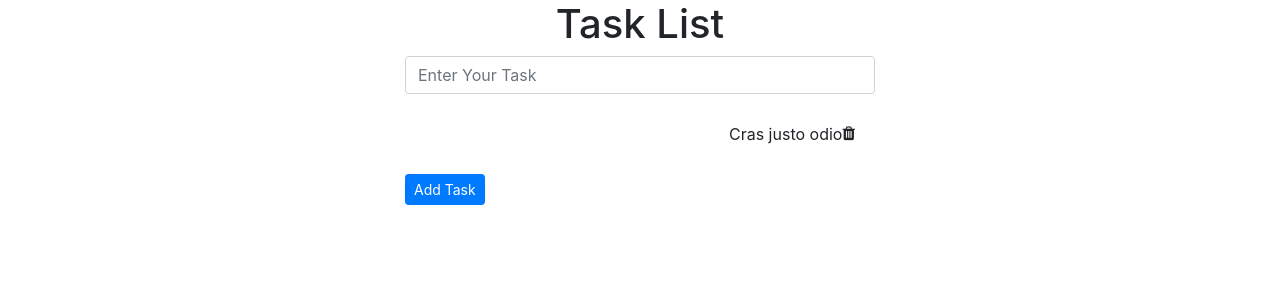
Repository: hoangphuong965/todolist
Page: index.html
These files come from the project's save history. The page is drawn as it stood at one moment and after a run of saves; the edit follows.
The browser window is 1280 px wide. The pictures show the whole page.

Above is the page before, as saved 2020-09-04 14:38:34.

### index.html
<!DOCTYPE html>
<html lang="en">

<head>
     <meta charset="UTF-8">
     <meta name="viewport" content="width=device-width, initial-scale=1.0">
     <title>Document</title>
     <link rel="stylesheet" href="https://stackpath.bootstrapcdn.com/bootstrap/4.3.1/css/bootstrap.min.css"
          integrity="sha384-ggOyR0iXCbMQv3Xipma34MD+dH/1fQ784/j6cY/iJTQUOhcWr7x9JvoRxT2MZw1T" crossorigin="anonymous">
     <link rel="stylesheet" href="https://maxcdn.bootstrapcdn.com/font-awesome/4.7.0/css/font-awesome.min.css">
     <link rel="stylesheet" href="style.css">
</head>

<body>
     <div class="container">
          <h1 class="text-center">Task List</h1>
          <form class="form">
               <div class="form-group ">
                    <input type="text" class="form-control" style="outline-color: black;" placeholder="Enter Your Task">
               </div>
               <div class="list">
                    <ol class="list-group list-group-flush">
                         <li class="list-group-item grid">
                              <p>Cras justo odio</p>
                              <i class="fa fa-trash trash" aria-hidden="true"></i>
                         </li>
                    </ol>
               </div>
               <button type="submit" class="btn btn-primary btn-sm">Add Task</button>
          </form>
     </div>
     <script src="app.js"></script>
</body>

</html>

### style.css
.container{
     width: 500px;
}
.grid {
  display: flex;
  justify-content: right;
}
i{
     margin-top: 3px;
     text-align: right;
}
.trash{
cursor: pointer;
}

### app.js
const input = document.querySelector("input");
let html = document.querySelector(".list");
const trash = document.querySelector("i");

const form = document.querySelector(".form");
form.addEventListener("submit", (e) => {
  e.preventDefault();
  add();
});

const add = () => {
  if (input.value === "") {
    alerts();
    return;
  } else {
    let ul = `
          <ol class="list-group list-group-flush ">
               <li class="list-group-item grid">
                    <p>${input.value}</p>
                    <i class="fa fa-trash" aria-hidden="true"></i>
               </li>
          </ol>
     `;
    input.value = "";
    html.innerHTML += ul;
  }
};

const alerts = () => {
  window.alert("điền vào ô trống");
};

After the next 2 saves:
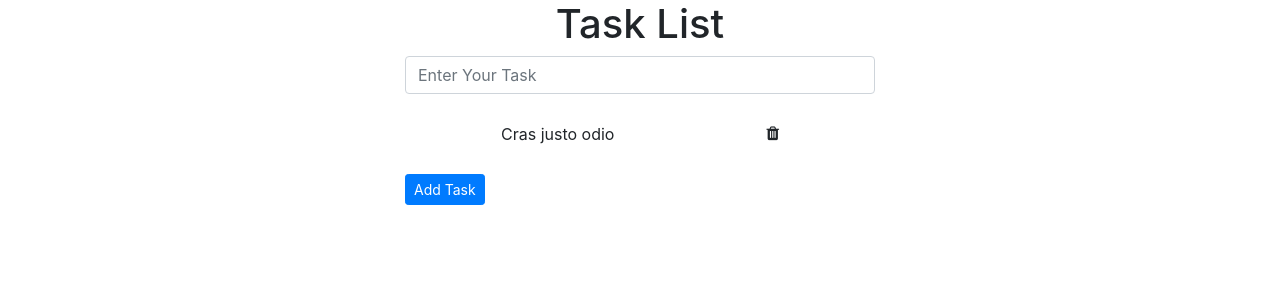
The 2 saves are shown as one change because they came seconds apart.
The last was saved 38 s later.
--- a/style.css
+++ b/style.css
@@ -3,7 +3,7 @@
 }
 .grid {
   display: flex;
-  justify-content: right;
+  justify-content: space-around;
 }
 i{
      margin-top: 3px;
